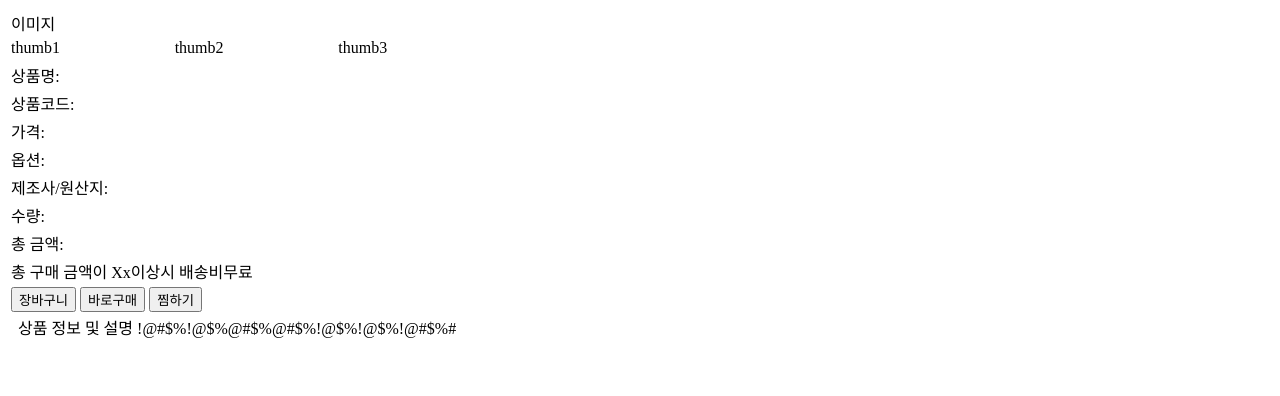
Repository: heeya90/ProjectShoppingMall
Page: http://localhost/ProjectShoppingMall/goods/goods_view.jsp
The author's editor kept a copy of each file at every save. The page is drawn from the files as they stood at one save, then again after the next save.
The browser window is 1280 px wide. The pictures show the whole page.
The page is served by Tomcat 9.

Above is the page before, as saved 2012-07-30 08:17:14.

### ProjectShoppingMall/WebContent/goods/goods_view.jsp
<%@ page language="java" contentType="text/html; charset=EUC-KR"
    pageEncoding="EUC-KR"%>

	<div style="width:39%">
		<table style="align:center; width:100%">
			<tr>
				<td colspan="3">
					이미지
				</td>
			</tr>
			<tr>
				<td>thumb1</td>
				<td>thumb2</td>
				<td>thumb3</td>
		</table>
	</div>

	<div style="width:59%">
		<table style="align:center; width:100%">
			<tr>
				<td class="jw_td_left" width="40%">
					<label>상품명:</label></td>
				<td class="jw_td_center1">
					<label></label></td>
			</tr>
			<tr>
				<td class="jw_td_left">
					<label>상품코드:</label></td>
				<td class="jw_td_center1">
					<label></label></td>
			</tr>
			<tr>
				<td class="jw_td_left">
					<label>가격:</label></td>
				<td class="jw_td_center1">
					<label></label></td>
			</tr>
			<tr>
				<td class="jw_td_left">
					<label>옵션:</label></td>
				<td class="jw_td_center1">
					<label></label></td>
			</tr>
			<tr>
				<td class="jw_td_left">
					<label>제조사/원산지:</label></td>
				<td class="jw_td_center1">
					<label></label></td>
			</tr>
			<tr>
				<td class="jw_td_left">
					<label>수량:</label></td>
				<td class="jw_td_center1">
					<label></label></td>
			</tr>
			<tr>
				<td class="jw_td_left">
					<label>총 금액:</label></td>
				<td class="jw_td_center1">
					<label></label></td>
			</tr>
			<tr>
				<td class="jw_td_center1" colspan="2">
					<label class="jw_lbl_title">총 구매 금액이 Xx이상시 배송비무료</label></td>
			</tr>
			<tr>
				<td class="jw_td_center1" colspan="2" >
					<input type="button" value="장바구니">
					<input type="button" value="바로구매">
					<input type="button" value="찜하기">
				</td>
			</tr>
		</table>
	</div>

	<div style="width:99%; padding-left: 10px">
		<label class="jw_lbl_title">상품 정보 및 설명</label>
		<label >!@#$%!@$%@#$%@#$%!@$%!@$%!@#$%#</label>
	</div>

After the next save:
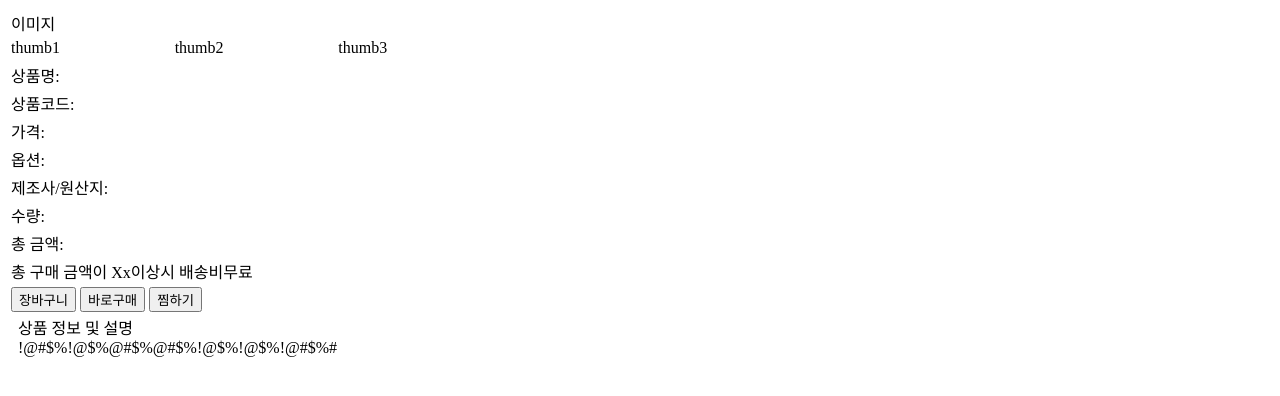
Saved 14 s later.
--- a/ProjectShoppingMall/WebContent/goods/goods_view.jsp
+++ b/ProjectShoppingMall/WebContent/goods/goods_view.jsp
@@ -74,6 +74,6 @@
 	</div>
 
 	<div style="width:99%; padding-left: 10px">
-		<label class="jw_lbl_title">상품 정보 및 설명</label>
+		<label class="jw_lbl_title">상품 정보 및 설명</label> <br/>
 		<label >!@#$%!@$%@#$%@#$%!@$%!@$%!@#$%#</label>
 	</div>
